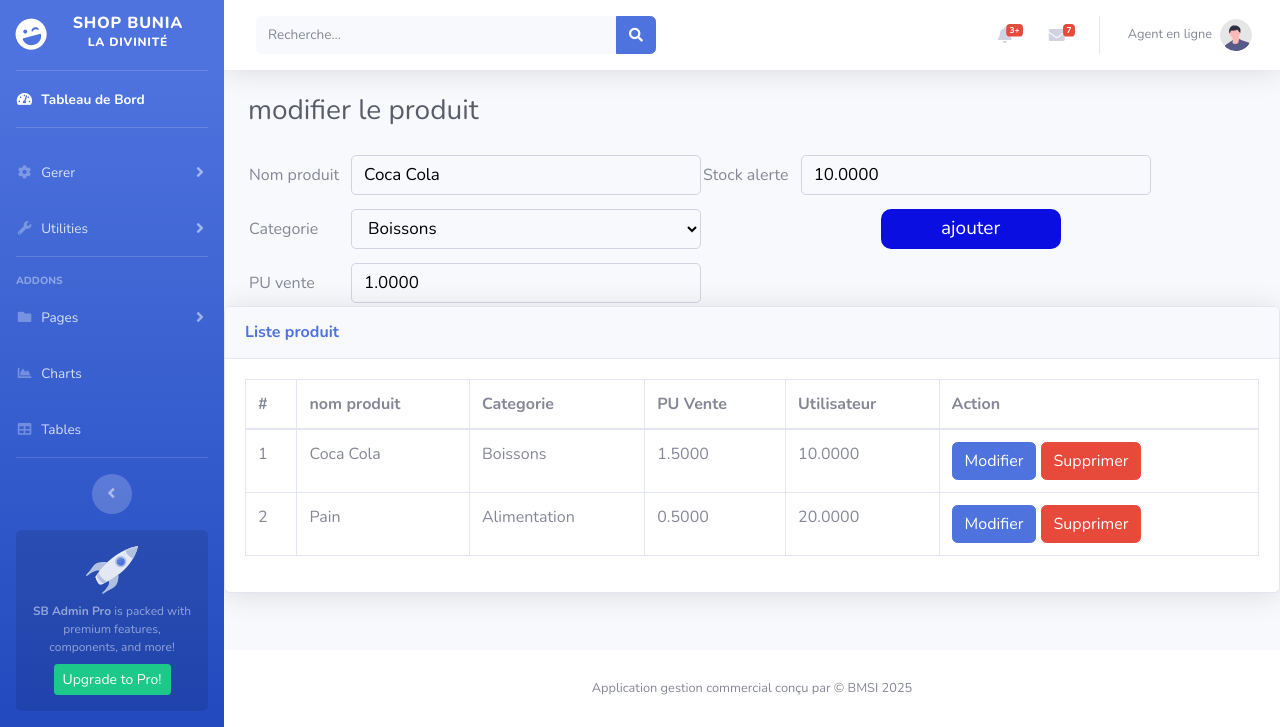
Repository: gradi243/gestion_boutique
Page: http://localhost/produit.php?modifier=1
The author's editor kept a copy of each file at every save. The page is drawn from the files as they stood at one save, then again after the next save.
The browser window is 1280 px wide. The pictures show the whole page.
The page is run by PHP 8.4 with error messages shown; the project is at /var/www/html/. Other server files are loaded and not shown. The database holds what the project's SQL file puts in it.

Above is the page before, as saved 2025-10-24 13:56:46.
Console error: TypeError: Cannot read properties of null (reading 'length')

### produit.php


<!DOCTYPE html>
<html lang="en">
    <?php
        include("lien/lien.php");
    ?>
<body id="page-top">

    <!-- Page Wrapper -->
    <div id="wrapper">

        <!-- Sidebar -->
        <?php
            include("menugauche/menugauche.php");
        ?>
        <!-- End of Sidebar -->

        <!-- Content Wrapper -->
        <div id="content-wrapper" class="d-flex flex-column">

            <!-- Main Content -->
            <div id="content">

                <!-- Topbar -->
                <?php
                    include("topbar/topbar.php");
                ?>
                <!-- End of Topbar -->

                <!-- formulaire d'ajout -->
                <?php if(empty($_GET["modifier"])) : ?>
                <div class="container-fluid">

                    <!-- Page Heading -->
                    <div class="d-sm-flex align-items-center justify-content-between mb-4">
                        <h1 class="h3 mb-0 text-gray-800">Nouveau produit</h1>
                        <a href="#" class="d-none d-sm-inline-block btn btn-sm btn-primary shadow-sm"><i
                        class="fas fa-download fa-sm text-white-50"></i> Génerer rapport</a>
                    </div>
                    <form action="include/produit.php" method="post" class="formulaire">
                        <table>
                            <tr>
                                <td>Nom produit</td>
                                <td><input type="text" class="form-control" name="produit" placeholder="Ex: telephone samsung"></td>
                                <td>Stock alerte</td>
                                <td><input type="text" name="stockalerte" class="form-control" placeholder="Ex 10"></td>
                            </tr>
                            <tr>
                                <td>Categorie</td>
                                <td>
                                    <select name="categorie" class="form-control">
                                        <?php
                                            include_once('connexion/connexion.php');
                                            $requette="SELECT * FROM categorie";
                                            $execute=$pdo->prepare($requette);
                                            $execute->execute();

                                            while($lire=$execute->fetch()){
                                        ?>
                                        <option value="<?= htmlspecialchars($lire["id"])?>"><?= htmlspecialchars($lire["designation"])?></option>
                                        <?php } ?>
                                    </select>

                                </td>

                                <td></td>
                                <td><input type="submit" name="valider" value="ajouter"></td>

                            </tr>
                            <tr>
                                <td>PU vente</td>
                                <td><input type="text" name="puv" class="form-control" placeholder="50$ ou 25000fc"></td>
                            </tr>
                        </table>
                    </form>

                </div>
                <?php endif ?>
                 <!-- formulaire de la modification -->
                 <?php if(!empty($_GET["modifier"])) : ?>
                <div class="container-fluid">

                    <!-- Page Heading -->
                    <div class="d-sm-flex align-items-center justify-content-between mb-4">
                        <h1 class="h3 mb-0 text-gray-800">modifier le produit</h1>
                    </div>
                    <form action="include/produit.php" method="post" class="formulaire">
                        <?php
                        if (isset($_GET["modifier"])) {
                            $mod = htmlspecialchars($_GET['modifier']);
                            include_once('connexion/connexion.php');
                            // Préparation de la requête avec une jointure entre produit et categorie
                            $sql = "SELECT
                                        produit.id,
                                        produit.designation,
                                        produit.prix_unitaire AS prix_vente,
                                        produit.stock,
                                        produit.stock_alerte,
                                        produit.prix_unitaire_achat,
                                        categorie.id AS id_categorie,
                                        categorie.designation AS categorie
                                    FROM produit
                                    INNER JOIN categorie ON produit.id_categorie = categorie.id
                                    WHERE produit.id = ?";

                            $req = $pdo->prepare($sql);
                            $req->execute([$mod]);
                            $affiche = $req->fetch(PDO::FETCH_ASSOC);
                        }
                        ?>
                        <table>
                            <tr>
                                <input type="hidden" name="id" value="<?= htmlspecialchars($affiche["id"]) ?>">
                                <td>Nom produit</td>
                                <td><input type="text" value="<?= htmlspecialchars($affiche["designation"]) ?>" class="form-control" name="produit" placeholder="Ex: telephone samsung"></td>
                                <td>Stock alerte</td>
                                <td><input type="text" name="stockalerte" value="<?= htmlspecialchars($affiche["stock_alerte"]) ?>" class="form-control" placeholder="Ex 10"></td>
                            </tr>
                            <tr>
                                <td>Categorie</td>
                                <td>
                                    <select name="categorie" class="form-control">
                                        <?php
                                            include_once('connexion/connexion.php');

                                            // Récupération de toutes les catégories
                                            $requette = "SELECT * FROM categorie";
                                            $execute = $pdo->prepare($requette);
                                            $execute->execute();

                                            while ($lire = $execute->fetch()) {
                                                // Vérifie si cette catégorie est celle du produit à modifier
                                                $selected = (isset($affiche["id_categorie"]) && $affiche["id_categorie"] == $lire["id"]) ? "selected" : "";
                                        ?>
                                            <option value="<?= htmlspecialchars($lire["id"]) ?>" <?= $selected ?>>
                                                <?= htmlspecialchars($lire["designation"]) ?>
                                            </option>
                                        <?php } ?>
                                    </select>
                                    <td></td>
                                    <td><input type="submit" name="valider" value="ajouter"></td>
                                </td>

                            </tr>
                            <tr>
                                <td>PU vente</td>
                                <td><input type="text" value="<?= htmlspecialchars($affiche["prix_unitaire_achat"]) ?>" name="puv" class="form-control" placeholder="50$ ou 25000fc"></td>
                            </tr>
                        </table>
                    </form>

                </div>
                <?php endif ?>


                <div class="card shadow mb-4">
                        <div class="card-header py-3">
                            <h6 class="m-0 font-weight-bold text-primary">Liste produit</h6>
                        </div>
                        <div class="card-body">
                            <div class="table-responsive">
                                <table class="table table-bordered" id="dataTable" width="100%" cellspacing="0">
                                    <thead>
                                        <tr>
                                            <th>#</th>
                                            <th>nom produit</th>
                                            <th>Categorie</th>
                                            <th>PU Vente</th>
                                            <th>Utilisateur</th>
                                            <th colspan="2">Action</th>
                                        </tr>
                                    </thead>
                                    <tbody>
                                        <tr>
                                            <?php
                                             include_once("connexion/connexion.php");

                                             $sql = "SELECT
                                                        produit.id,
                                                        produit.designation,
                                                        produit.prix_unitaire AS prix_vente,
                                                        produit.stock,
                                                        produit.stock_alerte,
                                                        produit.prix_unitaire_achat,
                                                        categorie.id AS id_categorie,
                                                        categorie.designation AS categorie
                                                    FROM produit
                                                    INNER JOIN categorie ON produit.id_categorie = categorie.id
                                                    ";

                                                $stmt = $pdo->prepare($sql);
                                                $stmt->execute();
                                                while ($row = $stmt->fetch())
                                                {
                                            ?>
                                                    <td><?=  htmlspecialchars($row['id']) ?> </td>
                                                    <td><?=  htmlspecialchars($row['designation']) ?> </td>
                                                    <td><?=  htmlspecialchars($row['categorie'])  ?> </td>
                                                    <td><?=  htmlspecialchars($row['prix_vente'])  ?> </td>
                                                    <td><?=  htmlspecialchars($row['stock_alerte'])  ?> </td>
                                                    <td>
                                                        <a href="produit.php?modifier=<?= htmlspecialchars($row['id']) ?>" class="btn btn-primary">Modifier</a>
                                                        <a href="include/produit.php?sup=<?=  htmlspecialchars($row['id']) ?>" class="btn btn-danger">Supprimer</a>
                                                    </td>

                                        </tr>
                                        <?php
                                             }
                                            ?>
                                    </tbody>
                                </table>
                            </div>
                        </div>
                    </div>

            </div>

            <!-- Footer -->
            <footer class="sticky-footer bg-white">
                <div class="container my-auto">
                    <div class="copyright text-center my-auto">
                        <span>Application gestion commercial conçu par &copy; BMSI 2025</span>
                    </div>
                </div>
            </footer>
            <!-- End of Footer -->

        </div>
        <!-- End of Content Wrapper -->

    </div>
    <!-- End of Page Wrapper -->

    <!-- Scroll to Top Button-->
    <a class="scroll-to-top rounded" href="#page-top">
        <i class="fas fa-angle-up"></i>
    </a>

    <!-- Logout Modal-->
    <div class="modal fade" id="logoutModal" tabindex="-1" role="dialog" aria-labelledby="exampleModalLabel"
        aria-hidden="true">
        <div class="modal-dialog" role="document">
            <div class="modal-content">
                <div class="modal-header">
                    <h5 class="modal-title" id="exampleModalLabel">Ready to Leave?</h5>
                    <button class="close" type="button" data-dismiss="modal" aria-label="Close">
                        <span aria-hidden="true">×</span>
                    </button>
                </div>
                <div class="modal-body">Select "Logout" below if you are ready to end your current session.</div>
                <div class="modal-footer">
                    <button class="btn btn-secondary" type="button" data-dismiss="modal">Cancel</button>
                    <a class="btn btn-primary" href="login.html">Logout</a>
                </div>
            </div>
        </div>
    </div>
    <?php
    include("lienjs/lienjs.php");
    ?>
</body>

</html>

### lien/lien.php
<head>
    <meta charset="utf-8">
    <meta http-equiv="X-UA-Compatible" content="IE=edge">
    <meta name="viewport" content="width=device-width, initial-scale=1, shrink-to-fit=no">
    <meta name="description" content="">
    <meta name="author" content="">

    <title>SB Admin 2 - Dashboard</title>

    <!-- Custom fonts for this template-->
    <link href="vendor/fontawesome-free/css/all.min.css" rel="stylesheet" type="text/css">
    <link
        href="https://fonts.googleapis.com/css?family=Nunito:200,200i,300,300i,400,400i,600,600i,700,700i,800,800i,900,900i"
        rel="stylesheet">
    <!-- Custom styles for this template-->
    <link href="css/sb-admin-2.min.css" rel="stylesheet">
    <link rel="stylesheet" href="style1.css">
</head>

### connexion/connexion.php
<?php
try {
    // Connexion à la base de données
    $pdo = new PDO(
        "mysql:host=localhost;dbname=supermarcher;charset=utf8",
        "root",
        "123",
        [
            PDO::ATTR_ERRMODE => PDO::ERRMODE_EXCEPTION, // Active les exceptions
            PDO::ATTR_DEFAULT_FETCH_MODE => PDO::FETCH_ASSOC, // Mode de récupération par défaut
            PDO::ATTR_EMULATE_PREPARES => false // Pour plus de sécurité
        ]
    );

   //echo "Connexion réussie à la base de données !";

} catch (PDOException $e) {
    // En cas d’erreur de connexion
    echo "Erreur de connexion à la base de données : " . $e->getMessage();
}
?>

### lienjs/lienjs.php
<!-- Bootstrap core JavaScript-->
<script src="vendor/jquery/jquery.min.js"></script>
    <script src="vendor/bootstrap/js/bootstrap.bundle.min.js"></script>

    <!-- Core plugin JavaScript-->
    <script src="vendor/jquery-easing/jquery.easing.min.js"></script>

    <!-- Custom scripts for all pages-->
    <script src="js/sb-admin-2.min.js"></script>

    <!-- Page level plugins -->
    <script src="vendor/chart.js/Chart.min.js"></script>

    <!-- Page level custom scripts -->
    <script src="js/demo/chart-area-demo.js"></script>
    <script src="js/demo/chart-pie-demo.js"></script>


    <!-- Bootstrap core JavaScript-->
    <script src="vendor/jquery/jquery.min.js"></script>
    <script src="vendor/bootstrap/js/bootstrap.bundle.min.js"></script>

    <!-- Core plugin JavaScript-->
    <script src="vendor/jquery-easing/jquery.easing.min.js"></script>

    <!-- Custom scripts for all pages-->
    <script src="js/sb-admin-2.min.js"></script>

    <!-- Page level plugins -->
    <script src="vendor/datatables/jquery.dataTables.min.js"></script>
    <script src="vendor/datatables/dataTables.bootstrap4.min.js"></script>

    <!-- Page level custom scripts -->
    <script src="js/demo/datatables-demo.js"></script>

### style1.css

.formulaire input{
    width: 50%;
    margin-bottom:5px;
    margin: 2px auto;
    display: block;
  }
  .formulaire input[type="text"], .formulaire input[type="password"], .formulaire input[type="datetime-local"], .formulaire select, .formulaire input[type="number"], .formulaire select, .formulaire input[type="mail"]{

    background: transparent;
    width: 350px;
    height: 40px;
    border-radius: 5px;
    color: black;
    font-size: 17px;
    margin-left: 10px;
  }
  .formulaire input[type="submit"]{
    border: none;
    outline: none;
    width: 180px;
    height: 40px;
    background: rgb(11, 14, 224);
    color: white;
    font-size: 19px;
    border-radius: 10px;
    padding: 1px 20px;
    margin: 10px auto;
  }
  .formulaire input[type="submit"]:hover{
    cursor: pointer;
    background: green;
  }

### gestion_boutique.sql (the tables this page reads)
CREATE TABLE IF NOT EXISTS `categorie` (
  `id` INT AUTO_INCREMENT PRIMARY KEY,
  `designation` VARCHAR(50),
  `dateAdd` DATETIME DEFAULT CURRENT_TIMESTAMP,
  `id_utilisateur` INT DEFAULT NULL,
  KEY `fk_categorie1_idx` (`id_utilisateur`),
  CONSTRAINT `fk_categorie1` FOREIGN KEY (`id_utilisateur`) REFERENCES `utilisateur` (`id`) ON DELETE SET NULL
) ENGINE=InnoDB DEFAULT CHARSET=utf8;

INSERT INTO categorie(designation, id_utilisateur) VALUES
('Boissons',1),
('Alimentation',1);

CREATE TABLE IF NOT EXISTS `produit` (
  `id` INT AUTO_INCREMENT PRIMARY KEY,
  `id_categorie` INT DEFAULT NULL,
  `designation` VARCHAR(255),
  `prix_unitaire` DECIMAL(13,4) NOT NULL DEFAULT 0,
  `stock` DECIMAL(13,4) DEFAULT 0,
  `stock_alerte` DECIMAL(13,4) DEFAULT 0,
  `id_utilisateur` INT DEFAULT NULL,
  `prix_unitaire_achat` DECIMAL(13,4) DEFAULT 0,
  KEY `produit_ibfk1_idx` (`id_categorie`),
  KEY `produit_ibfk2_idx` (`id_utilisateur`),
  CONSTRAINT `produit_ibfk1` FOREIGN KEY (`id_categorie`) REFERENCES `categorie` (`id`) ON DELETE SET NULL,
  CONSTRAINT `produit_ibfk2` FOREIGN KEY (`id_utilisateur`) REFERENCES `utilisateur` (`id`) ON DELETE SET NULL
) ENGINE=InnoDB DEFAULT CHARSET=utf8;

INSERT INTO produit(id_categorie, designation, prix_unitaire, stock, stock_alerte, prix_unitaire_achat) VALUES
(1,'Coca Cola', 1.5, 100, 10, 1.0),
(2,'Pain', 0.5, 200, 20, 0.3);

Loaded but not shown: css/sb-admin-2.min.css (library); js/sb-admin-2.min.js (common file); js/demo/chart-area-demo.js (common file); js/demo/chart-pie-demo.js (common file); js/demo/datatables-demo.js (common file); img/undraw_rocket.svg (39 lines, source omitted); img/undraw_profile.svg (38 lines, source omitted); img/undraw_profile_3.svg (47 lines, source omitted); img/undraw_profile_2.svg (44 lines, source omitted); img/undraw_profile_1.svg (38 lines, source omitted); topbar/topbar.php (201 lines, source omitted); menugauche/menugauche.php (119 lines, source omitted)

After the next save:
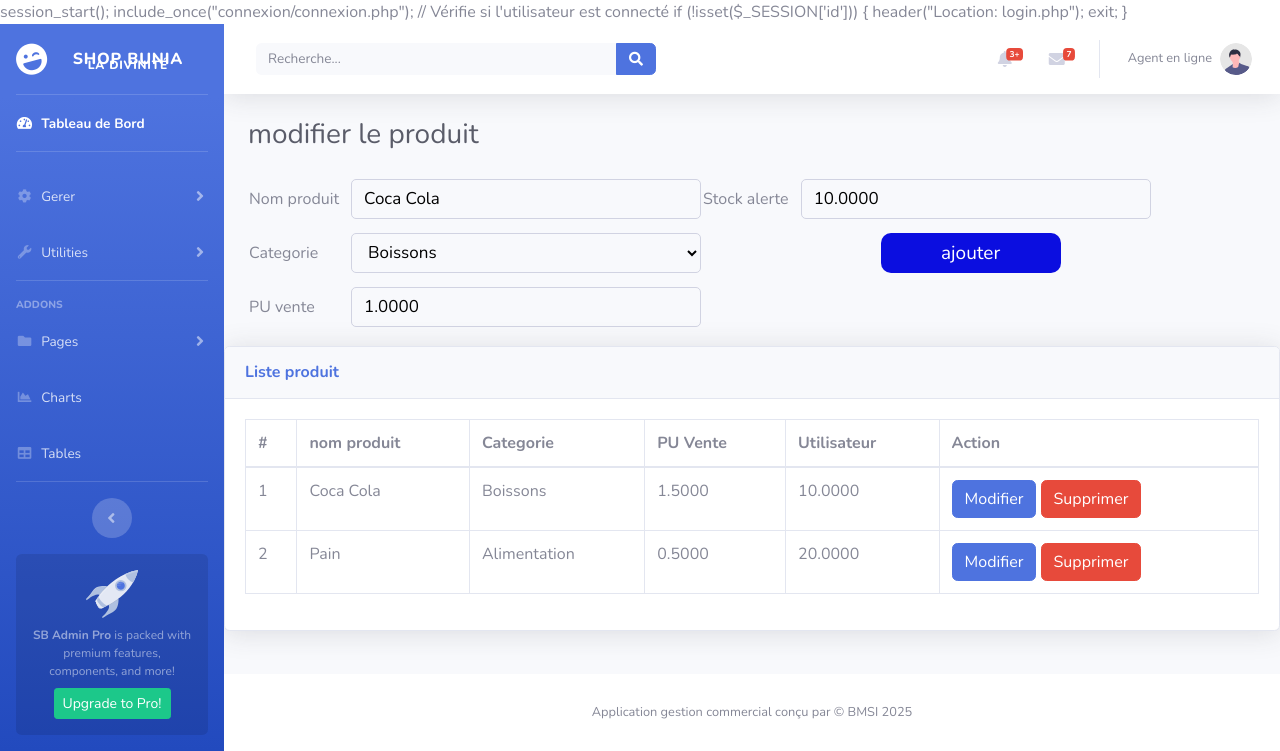
Saved 73 s later.
--- a/produit.php
+++ b/produit.php
@@ -1,4 +1,11 @@
-
+session_start();
+include_once("connexion/connexion.php");
+
+// Vérifie si l'utilisateur est connecté
+if (!isset($_SESSION['id'])) {
+    header("Location: login.php");
+    exit;
+}
 
 <!DOCTYPE html>
 <html lang="en">

After the save that followed:
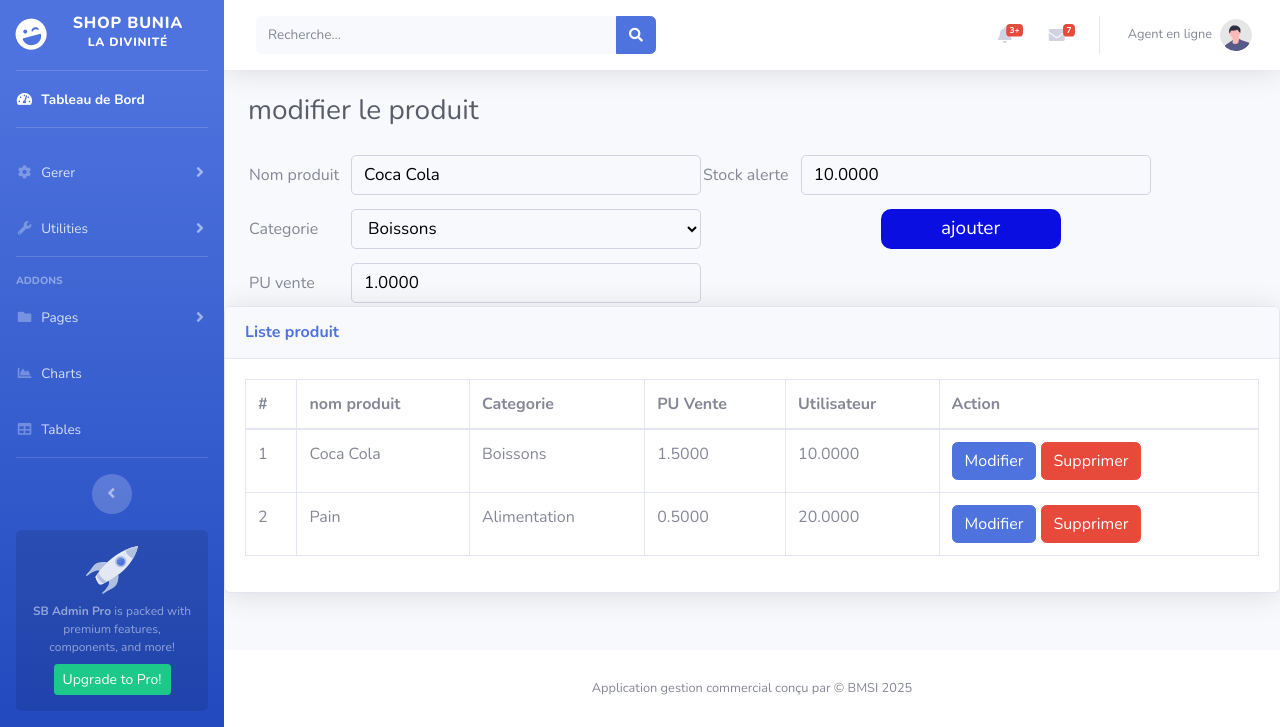
Saved 5 s later.
--- a/produit.php
+++ b/produit.php
@@ -1,11 +1,4 @@
-session_start();
-include_once("connexion/connexion.php");
-
-// Vérifie si l'utilisateur est connecté
-if (!isset($_SESSION['id'])) {
-    header("Location: login.php");
-    exit;
-}
+
 
 <!DOCTYPE html>
 <html lang="en">
